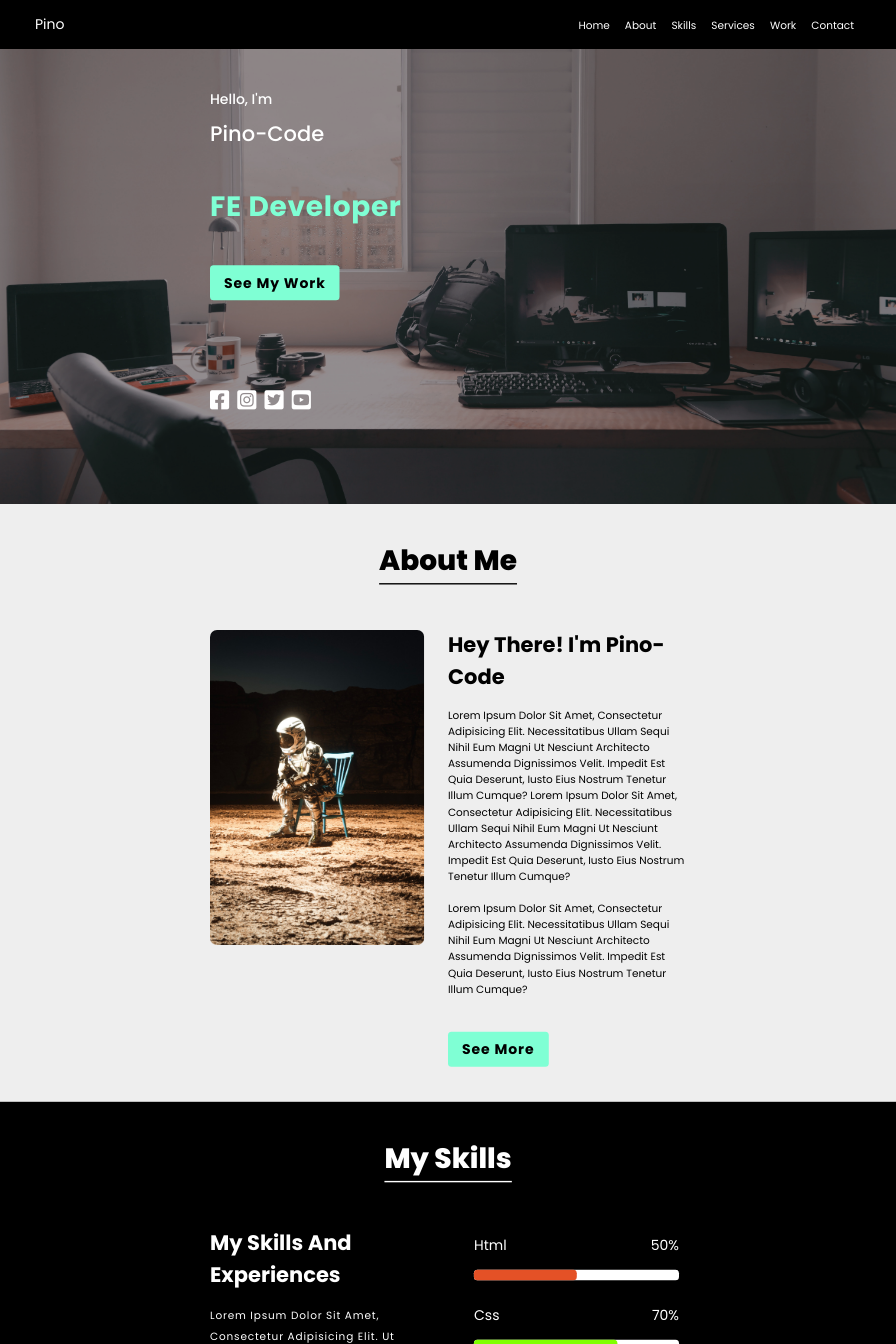
Repository: Pinocoding/New
Page: index.html
These files come from the project's save history. The page is drawn as it stood at one moment and after the next save; the edit follows.
The browser window is 1280 px wide. The pictures show the part of the page from y = 0 to 1920 px (the page is 7580 px tall), at 70% of full size.
Backgrounds fixed to the window are drawn as part of the page.

Above is the page before, as saved 2021-10-16 12:41:44.

After the next save:
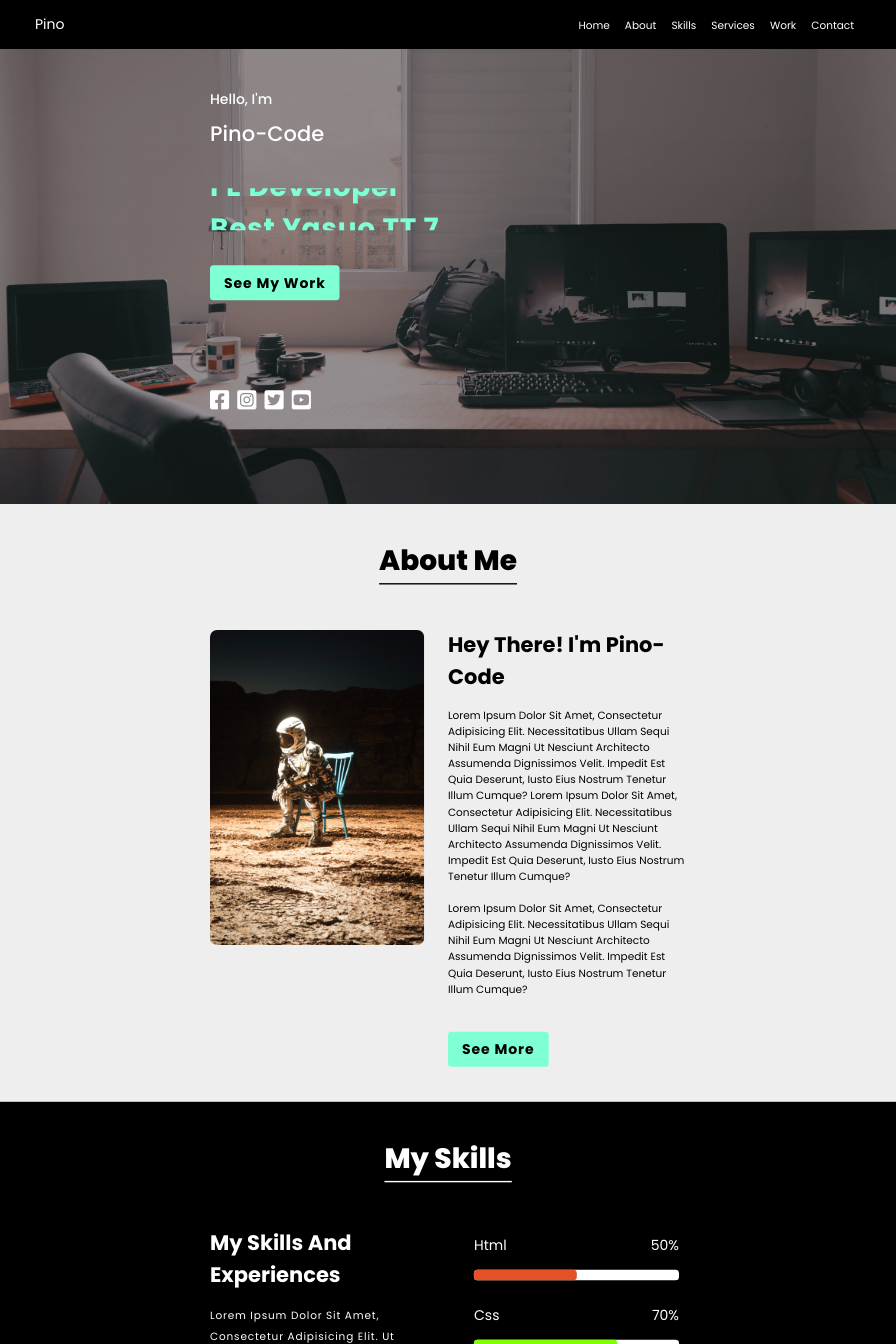
Console error: SyntaxError: Unexpected token '}'
Saved 58 s later.
--- a/function.js
+++ b/function.js
@@ -15,5 +15,7 @@
 });
 
 navigationItems.forEach((navigationItem) =>{
+  navigation.addEventListener("click", ()=>
+})
 
 })

After the 2 saves that followed:
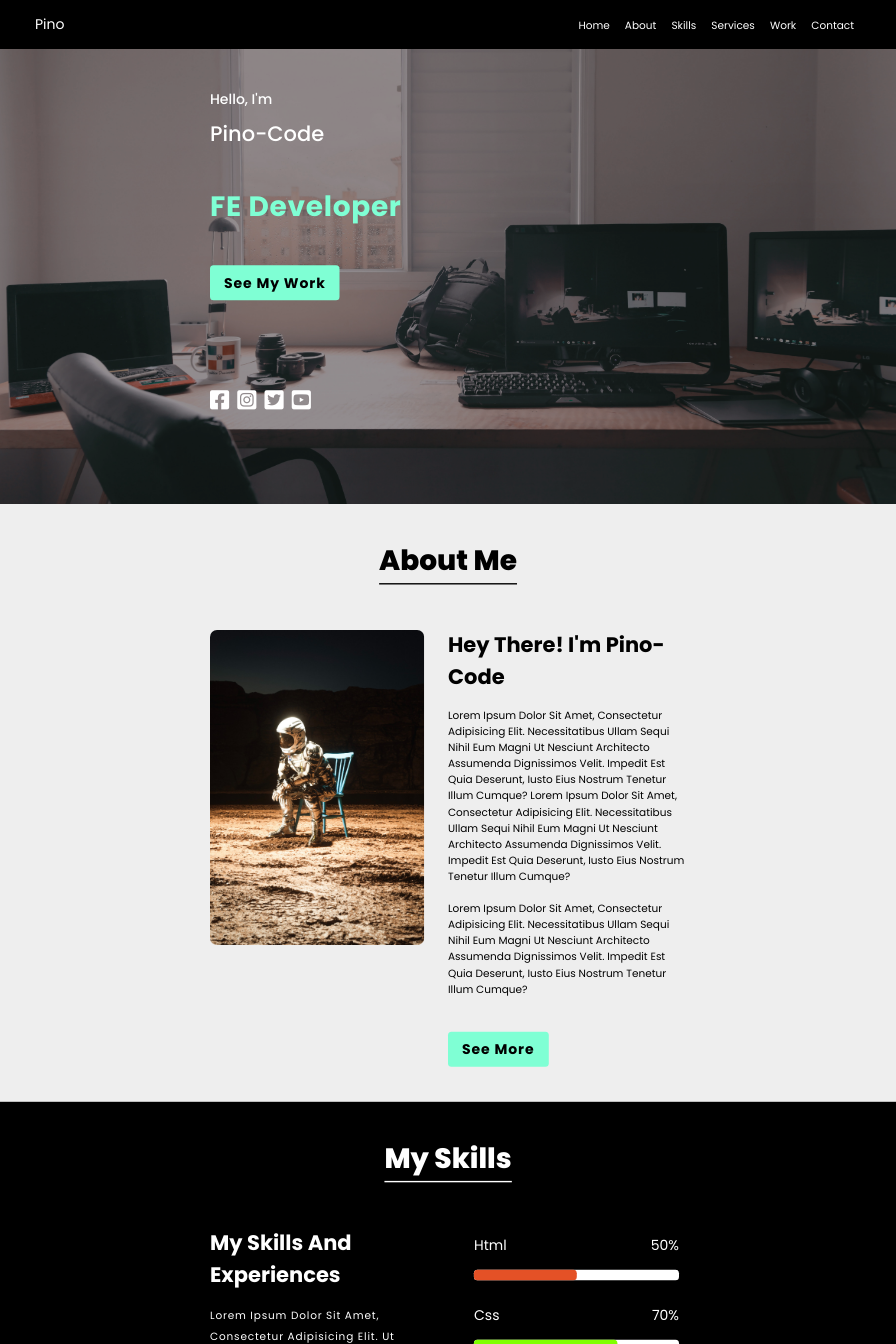
The error is gone.
The 2 saves are shown as one change because they came seconds apart.
The last was saved 22 s later.
--- a/function.js
+++ b/function.js
@@ -14,8 +14,6 @@
   navigation.classList.toggle("active");
 });
 
-navigationItems.forEach((navigationItem) =>{
-  navigation.addEventListener("click", ()=>
-})
-
-})
+navigationItems.forEach((navigationItem) => {
+  navigation.addEventListener("click", () => {});
+});
